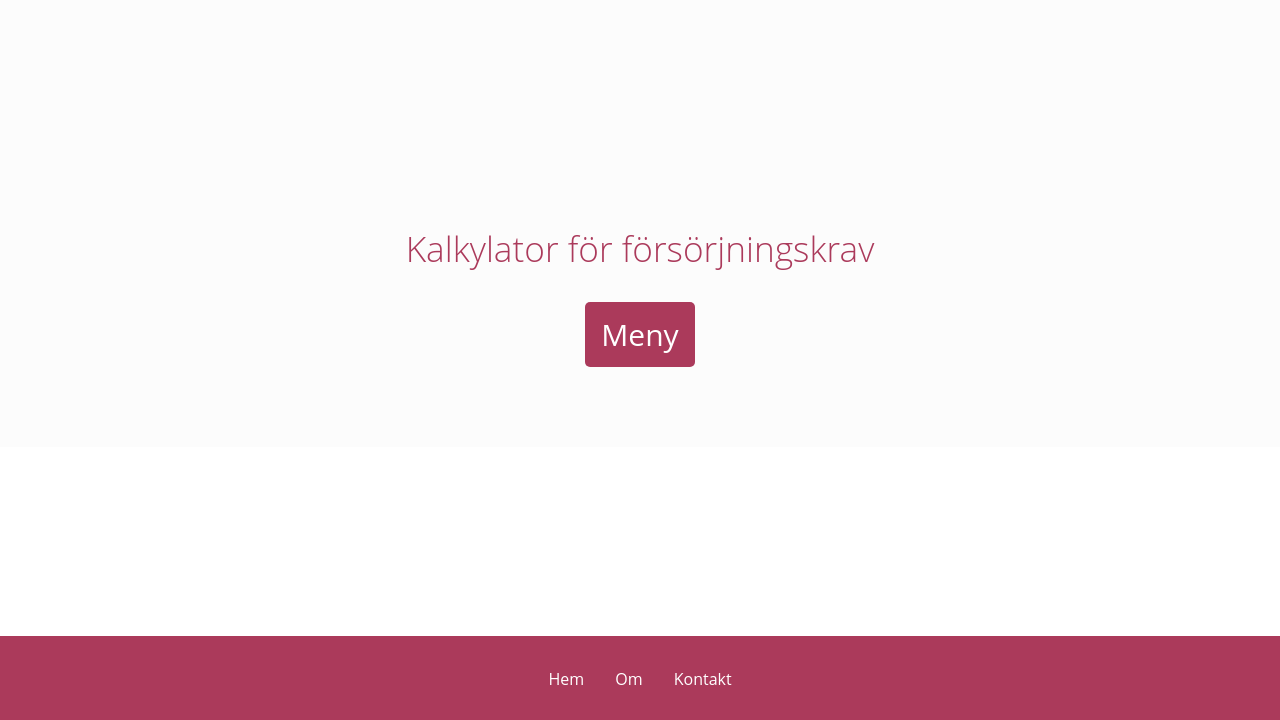
Repository: mirkbirki/Awesome
Page: arbetstillstand.html
These files come from the project's save history. The page is drawn as it stood at one moment and after the next save; the edit follows.
The browser window is 1280 px wide. The pictures show the whole page.

Above is the page before, as saved 2022-10-02 20:36:44.

### arbetstillstand.html
<!DOCTYPE html>
<html>
    <head>
        <meta charset="UTF-8">
        <title>Landing page</title>
        <link rel="stylesheet" href="styling.css">
        <meta name="viewport" content="width=device-width, initial-scale=1.0">
        <script src="https://code.jquery.com/jquery-3.6.0.js"></script>
        <script src="scripts.js"></script>
    </head>
    <body>

        <header>
            <div class="container">
                <h1></h1>
                <h2>Kalkylator för försörjningskrav</h2>
                <a class="btn">Meny</a>
                <div class="submenu">
                    <a href="#">Arbetstillstånd</a><!--Pop-up-frågor som därefter automatiskt leder till en utskriftsbar resultatsida-->
                    <!--<a href="#">Anhöriginvandring</a>-->
                </div>
            </div>
        </header>

        <footer>
            <div class="containter">
                <ul>
                    <li><a href="#">Hem</a></li>
                    <li><a href="#">Om</a></li>
                    <li><a href="#">Kontakt</a></li>
                </ul>
            </div>
        </footer>

    </body>
</html>

### styling.css
header {
    color: #AB3A5B;
    background-color: #fcfcfc;
    padding: 80px 0;
    text-align: center;
}

h1 {
    font-size: 3rem;
    margin: 0 0 16px 0;
}

h2 {
    font-weight: 300;
    font-size: 2.2rem;
    margin: 0 0 16px 0;
}

.container {
    margin: 0 auto;
    padding: 10% 20px 0% 20px;
    max-width: 900px;
}

.btn {
    display: inline-block;
    color: white;
    font-weight: 500;
    font-size: 30px;
    background: #AB3A5B;
    border: none;
    border-radius: 5px;
    padding: 12px 16px;
    margin-top: 14px;
    cursor: pointer;
}

.btn:hover {
    background: #d34872;
}

.submenu {
    left: 50%;
    transform: translate(-50%, 0);
    text-align: center;
    position: absolute;
    background-color: #AB3A5B;
    min-width: 160px;
    border-radius: 5px;
    box-shadow: 0px 8px 16px 0px rgba(0,0,0,0.2);
    display: none;
}

.submenu a {
    color: white;
    padding: 12px 16px;
    text-decoration: none;
    display: block;
}

.submenu a:hover {
    background-color: #d34872;
}

section {
    padding: 40px 0;
    text-align: center;
}

@import url(//fonts.googleapis.com/css?family=Open+Sans:400,700,800,300);

body, html {
    height: 100%;
    margin: 0;
    padding: 0;
    font-family: 'Open Sans', 'Helvetica Neue', 'Helvetica', 'sans-serif';
}

.features {
    background: #FFFFFF;
    color: #000000;
}

.feature {
    width: 32%;
    display: inline-block;
    font-size: 16px;
}

.feature img {
    width: 40%;
}

.quote {
    background: #549DA0;
    color: #FFFFFF;
}

blockquote {
    margin: 0;
    padding: 0;
    text-align: center;
}

blockquote p {
    margin: 0;
    padding: 0;
    text-align: center;
}

blockquote cite {
    font-size: 16px;
    font-style: italic;
}

blockquote cite:before {
    content: '–';
    margin-right: 5px;
}

footer {
    position: fixed;
    height: 20px;
    bottom: 0px;
    left: 0px;
    right: 0px;
    margin-bottom: 0px;
    background: #AB3A5B;
    padding: 32px 0;
    text-align: center;
    color: white;
    font-size: 12px;
}

footer ul {
    margin: 0;
    padding: 0;
    list-style: none;
}

footer li {
    display: inline-block;
}

footer li a {
    padding: 14px;
    font-size: 16px;
    text-decoration: none;
    color: white;
}

footer li a:hover {
    color: white;
}

@media screen and (max-width: 480px) {
    .btn {
        display: block;
        font-size: 18px;
    }
    h1 {
        font-size: 32px;
        margin: 0 0 8px 0;
    }
    h2 {
        font-size: 18px;
    }
    section {
        padding: 25px 0 15px 0;
    }
    .feature {
        width: 100%;
        text-align: left;
        margin: 0 0 10px 0;
        font-size: 16px;
        display: flex;
        align-items: center;
        justify-content: center;
    }
    .feature img {
        width: 15%;
        min-width: 60px;
        margin-right: 20px;
    }
    .quote {
        padding: 30px 0;
    }
    blockquote p {
        font-size: 18px;
    }
    blockquote cite {
        font-size: 14px;
    }
    footer {
        padding: 30px 0 10px 0;
    }
    footer li {
        display: block;
        margin: 5px 0;
    }
    .submenu {
        width: 100%;
        position: relative;
}

### scripts.js
$(function() {
    $(".btn").click(function() {
        $(".submenu").slideToggle(500);
    });
});

After the next save:
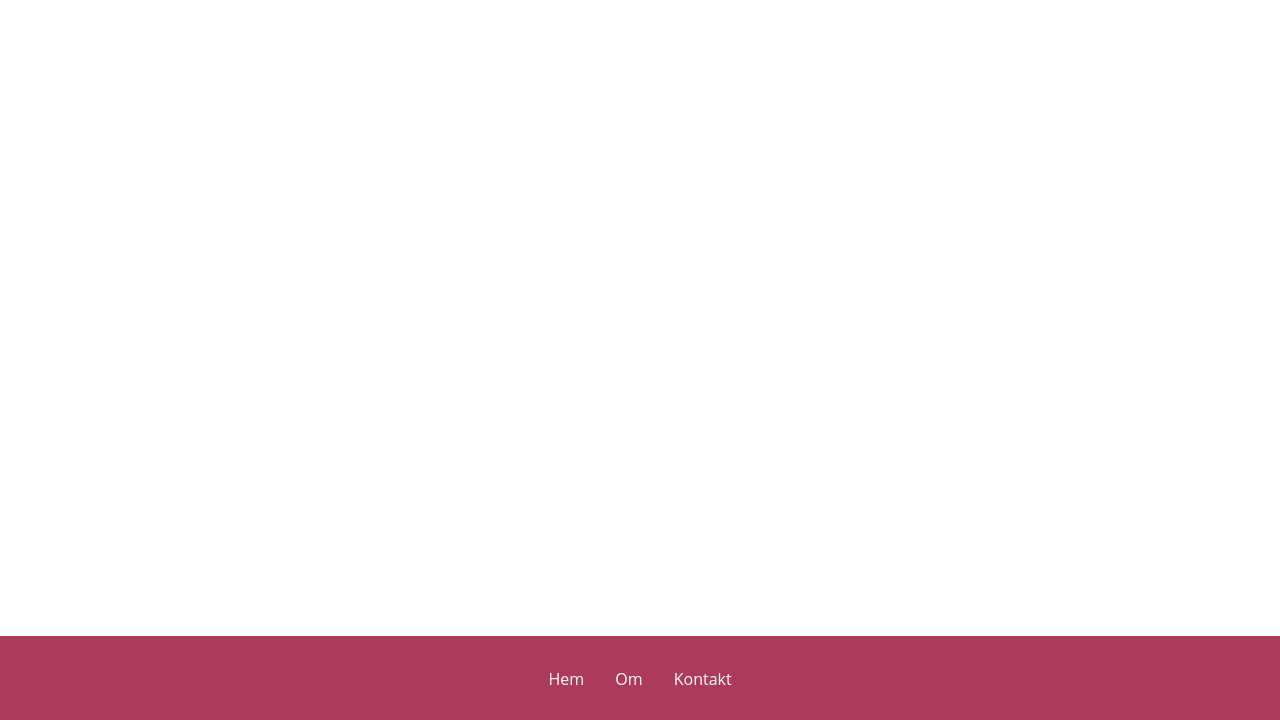
Saved 14 h 21 min later.
--- a/arbetstillstand.html
+++ b/arbetstillstand.html
@@ -10,17 +10,7 @@
     </head>
     <body>
 
-        <header>
-            <div class="container">
-                <h1></h1>
-                <h2>Kalkylator för försörjningskrav</h2>
-                <a class="btn">Meny</a>
-                <div class="submenu">
-                    <a href="#">Arbetstillstånd</a><!--Pop-up-frågor som därefter automatiskt leder till en utskriftsbar resultatsida-->
-                    <!--<a href="#">Anhöriginvandring</a>-->
-                </div>
-            </div>
-        </header>
+
 
         <footer>
             <div class="containter">
